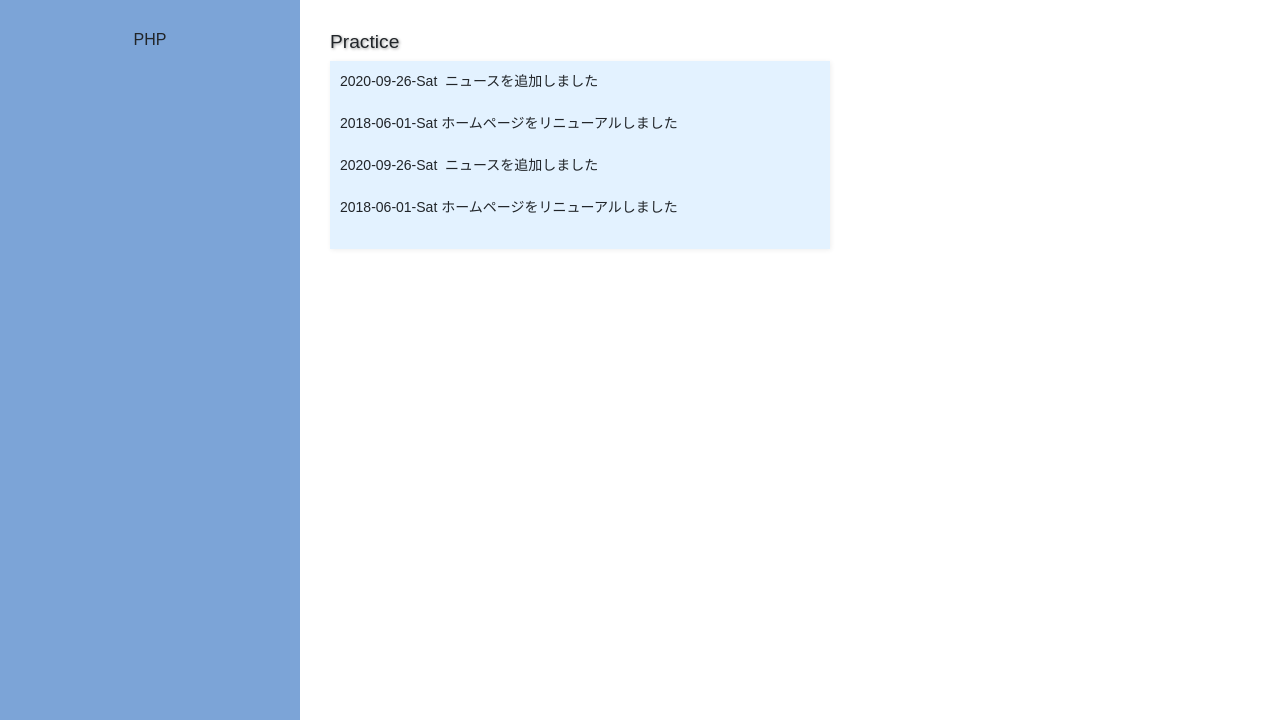
Repository: takeco/practice
Page: http://localhost/php/sample14.php
These files come from the project's save history. The page is drawn as it stood at one moment and after the next save; the edit follows.
The browser window is 1280 px wide. The pictures show the whole page.
The page is run by PHP 8.4 with error messages shown; the project is at /var/www/html/.

Above is the page before, as saved 2020-09-26 09:24:02.

After the next save:
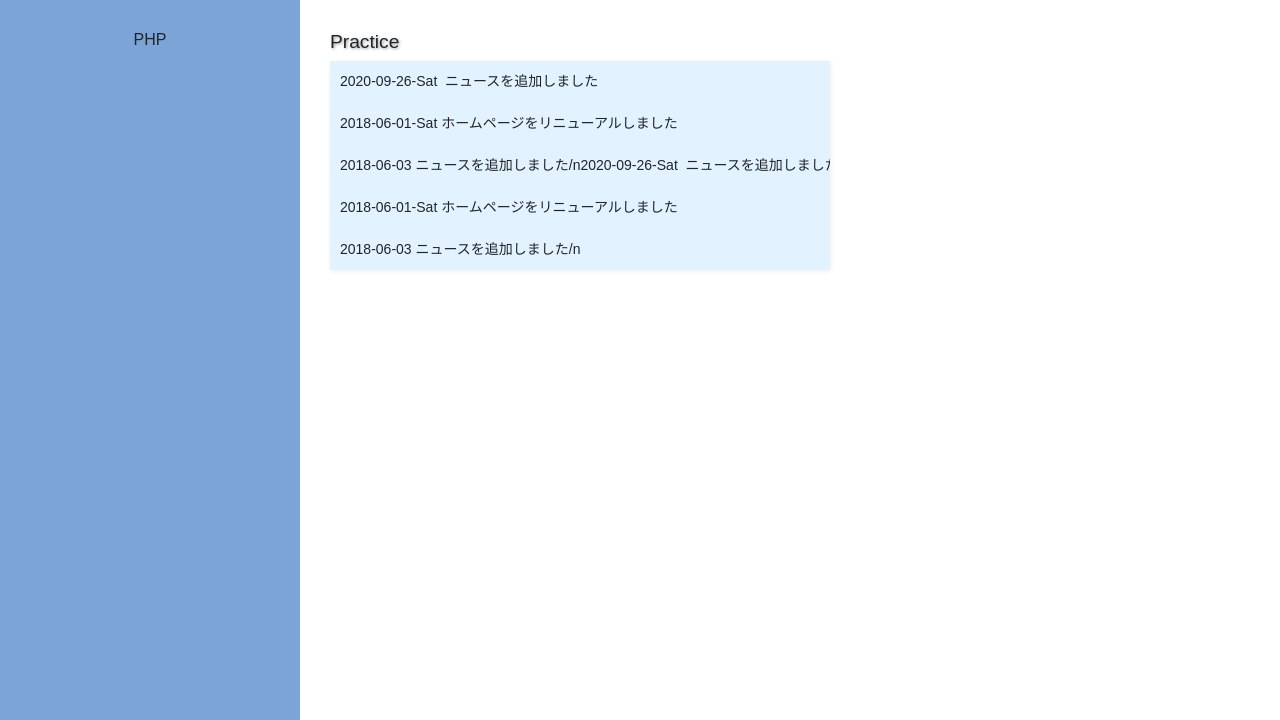
Saved 7 s later.
--- a/php/sample14.php
+++ b/php/sample14.php
@@ -20,8 +20,8 @@
 <pre>
 <?php
 $news = file_get_contents('../news_data/news.txt');
-// $news .= "2018-06-03 ニュースを追加しました/n";
-// file_put_contents('../news_data/news.txt', $news);
+$news .= "2018-06-03 ニュースを追加しました/n";
+file_put_contents('../news_data/news.txt', $news);
 readfile('../news_data/news.txt');
 print($news);
 
